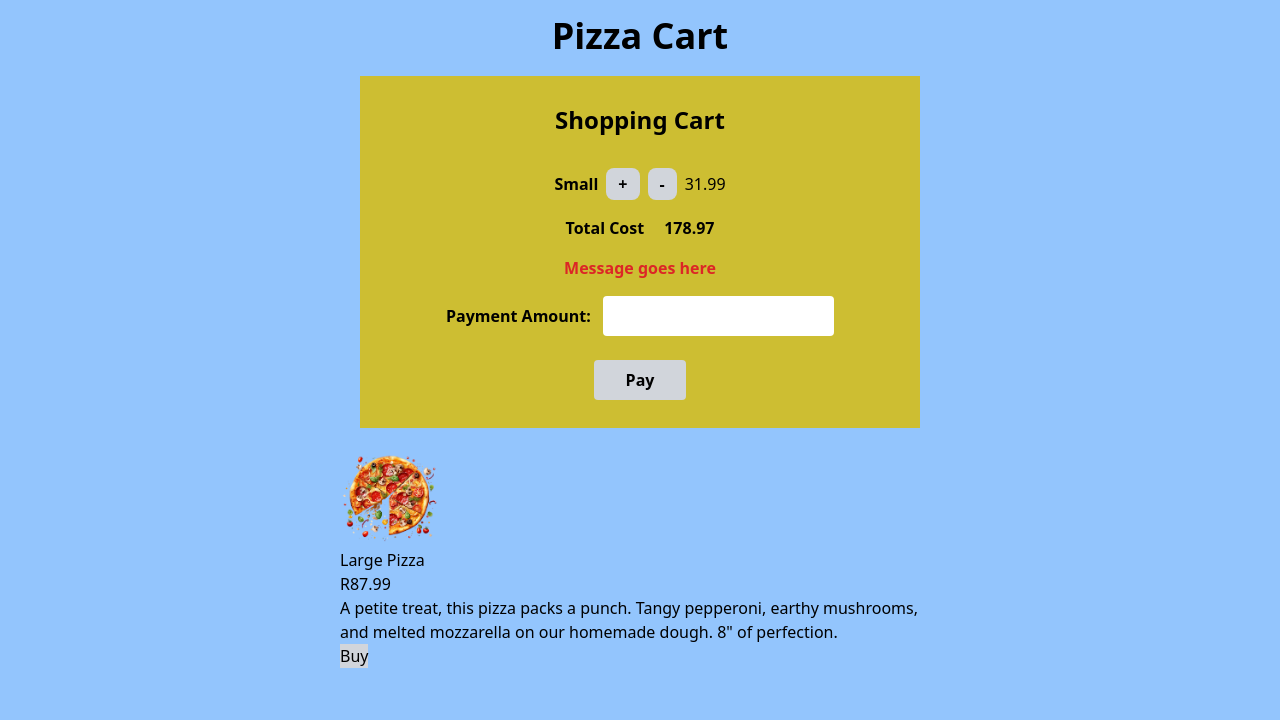
Repository: lasity34/pizza_cart
Page: index.html
These files come from the project's save history. The page is drawn as it stood at one moment and after the next save; the edit follows.
The browser window is 1280 px wide. The pictures show the whole page.
Some web libraries are served in a nearby version.

Above is the page before, as saved 2023-07-11 09:26:55.

After the next save:
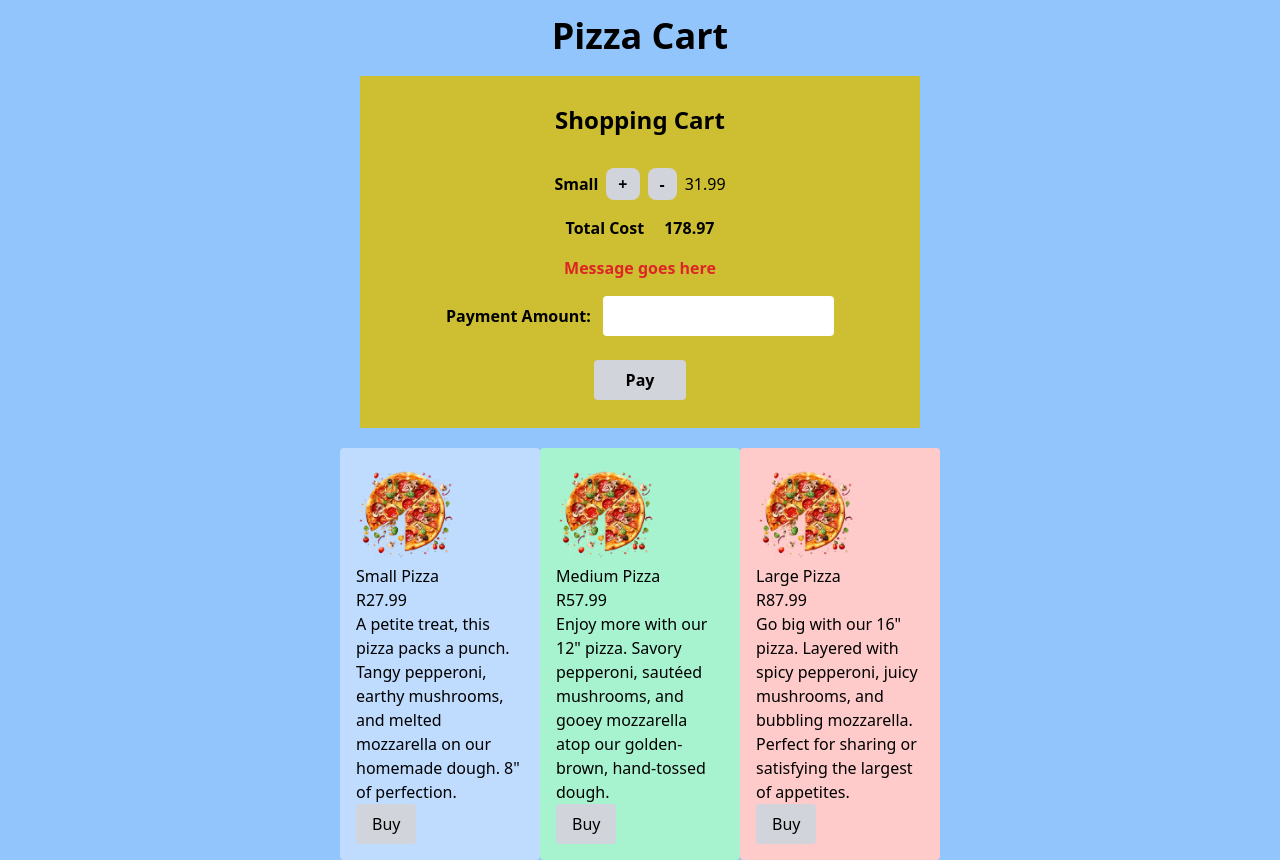
Saved 3 min 35 s later.
--- a/index.html
+++ b/index.html
@@ -55,17 +55,38 @@
       </div>
     </section>
     <section class="pizza_columns">
-      <div class="pizza_lg" >
-        <img src="./pizza.png" width="100" />
-        <h3>Large Pizza</h3>
-        <h3>R87.99</h3>
-        <p>
-          A petite treat, this pizza packs a punch. Tangy pepperoni, earthy
-          mushrooms, and melted mozzarella on our homemade dough. 8" of
-          perfection.
-        </p>
-        <button class="bg-gray-300 py" >Buy</button>
-      </div>
+        <div class="flex justify-around">
+            <div class="pizza_sm bg-blue-200 rounded p-4 w-64">
+              <img src="./pizza.png" width="100" />
+              <h3>Small Pizza</h3>
+              <h3>R27.99</h3>
+              <p>
+                A petite treat, this pizza packs a punch. Tangy pepperoni, earthy
+                mushrooms, and melted mozzarella on our homemade dough. 8" of
+                perfection.
+              </p>
+              <button class="bg-gray-300 py-2 px-4 rounded">Buy</button>
+            </div>
+            <div class="pizza_md bg-green-200 rounded p-4 w-64">
+              <img src="./pizza.png" width="100" />
+              <h3>Medium Pizza</h3>
+              <h3>R57.99</h3>
+              <p>
+                Enjoy more with our 12" pizza. Savory pepperoni, sautéed mushrooms, and gooey mozzarella atop our golden-brown, hand-tossed dough.
+              </p>
+              <button class="bg-gray-300 py-2 px-4 rounded">Buy</button>
+            </div>
+            <div class="pizza_lg bg-red-200 rounded p-4 w-64">
+              <img src="./pizza.png" width="100" />
+              <h3>Large Pizza</h3>
+              <h3>R87.99</h3>
+              <p>
+                Go big with our 16" pizza. Layered with spicy pepperoni, juicy mushrooms, and bubbling mozzarella. Perfect for sharing or satisfying the largest of appetites.
+              </p>
+              <button class="bg-gray-300 py-2 px-4 rounded">Buy</button>
+            </div>
+          </div>
+
     </section>
   </body>
 </html>
